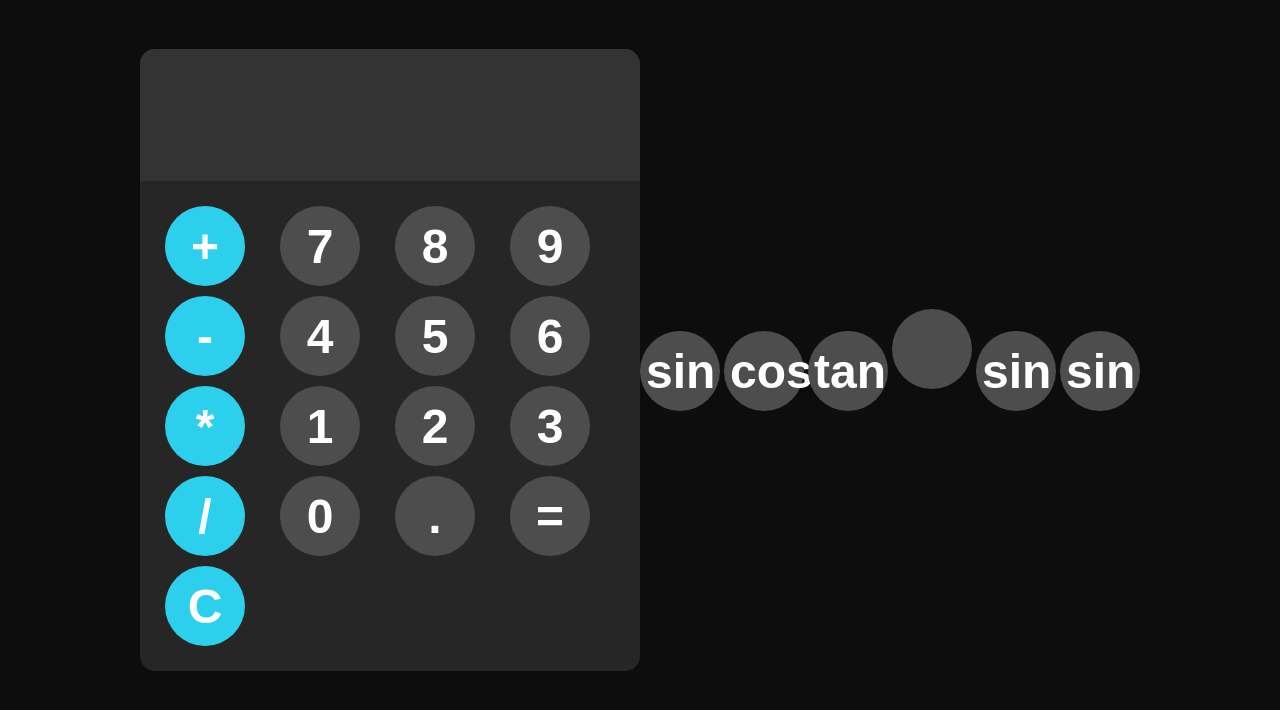
Repository: Haakim19/JavaScript
Page: Calculater/Main.html
The author's editor kept a copy of each file at every save. The page is drawn from the files as they stood at one save, then again after the next save.
The browser window is 1280 px wide. The pictures show the whole page.

Above is the page before, as saved 2024-10-23 09:28:23.

After the next save:
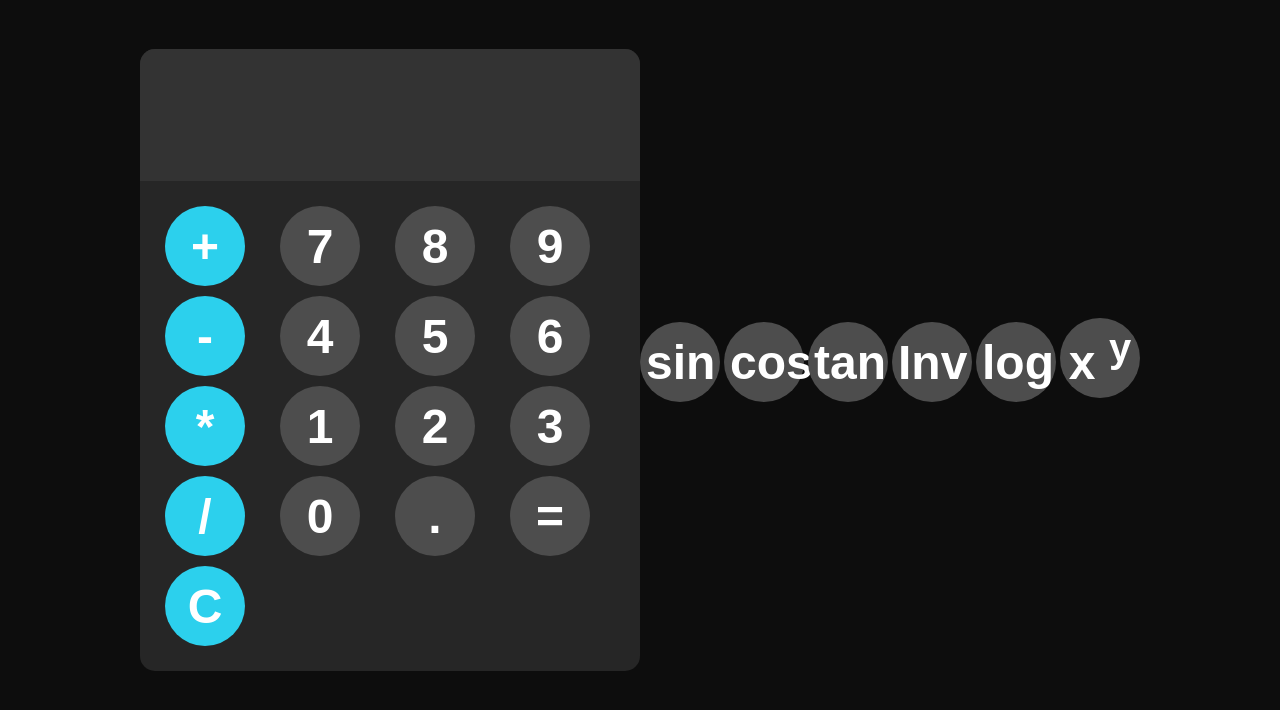
Saved 2 min 14 s later.
--- a/Calculater/Main.html
+++ b/Calculater/Main.html
@@ -33,9 +33,9 @@
         <button onclick="appentToDisplay('sin')">sin</button>
         <button onclick="appentToDisplay('cos')">cos</button>
         <button onclick="appentToDisplay('tan')">tan</button>
-        <button onclick="appentToDisplay('sin')"></button>
-        <button onclick="appentToDisplay('sin')">sin</button>
-        <button onclick="appentToDisplay('sin')">sin</button>
+        <button onclick="appentToDisplay('Inv')">Inv</button>
+        <button onclick="appentToDisplay('log')">log</button>
+        <button onclick="appentToDisplay('sin')">x <sup>y</sup></button>
     </div>
 <script src="Main.js"></script>
 </body>
